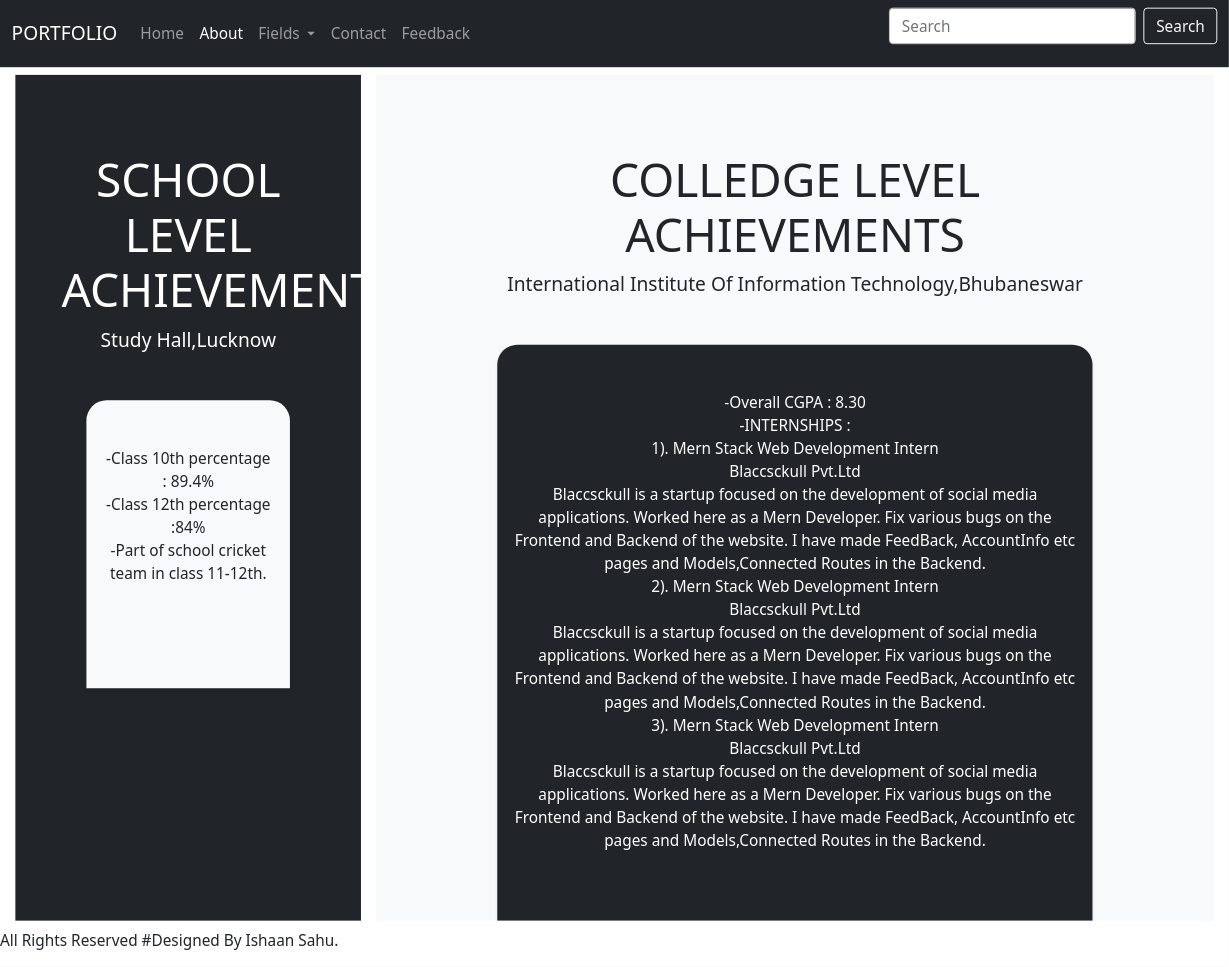
Repository: ishaan51551/Ishaan-s-Portfolio-
Page: about.html
These files come from the project's save history. The page is drawn as it stood at one moment and after the next save; the edit follows.
The browser window is 1280 px wide. The pictures show the whole page, at 96% of full size.

Above is the page before, as saved 2023-09-13 16:08:13.

After the next save:
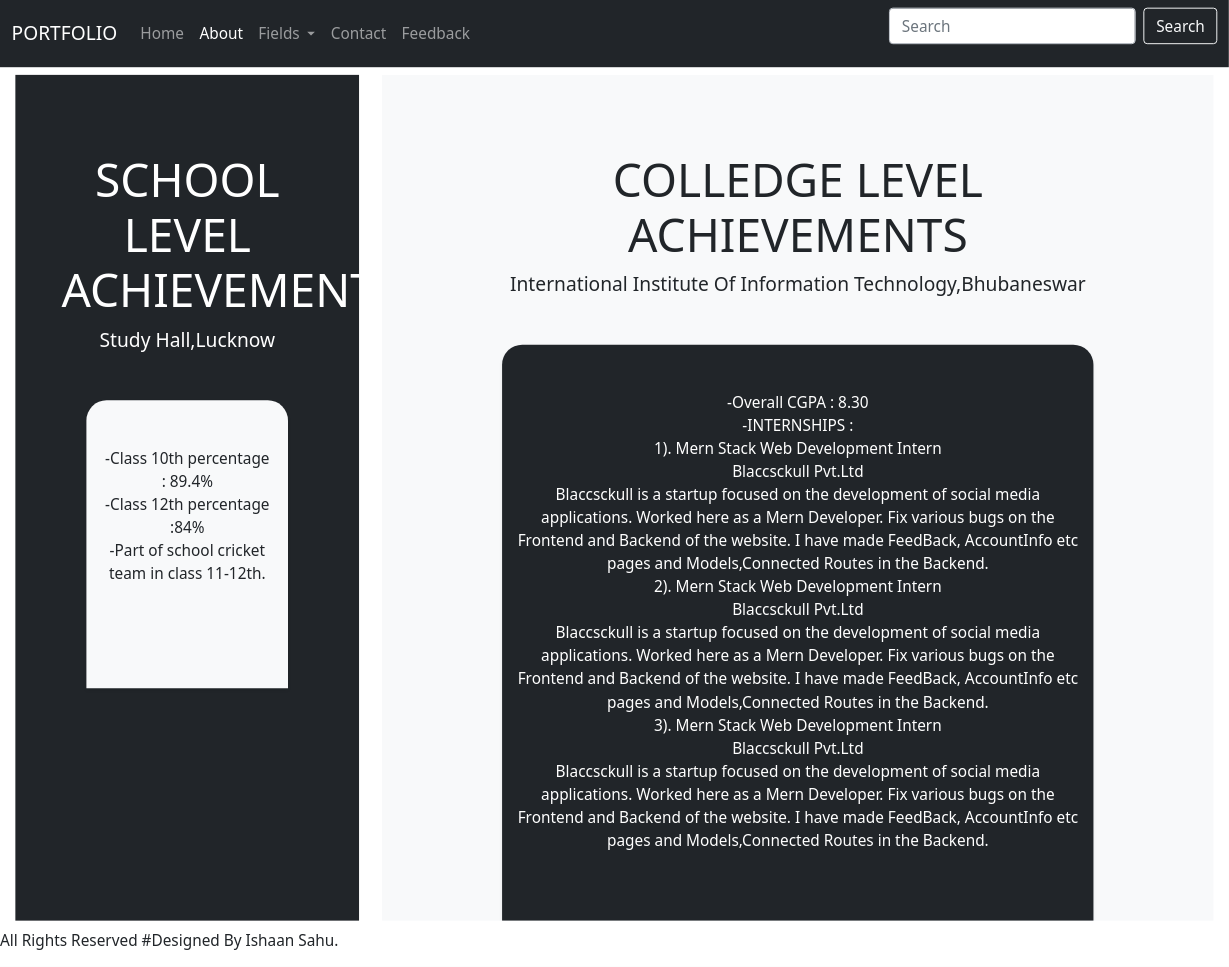
Saved 7 s later.
--- a/about.html
+++ b/about.html
@@ -80,7 +80,7 @@
 
   <!-- boxes -->
   <div class="d-md-flex flex-md-equal w-100my-md-4 ps-md-3 my-2 justify-content-center align item center">
-    <div class="bg-dark me-md-3 pt-3 px-3 pt-md-5 px-md-5 text-center text-white overflow-hidden">
+    <div class="bg-dark me-md-4 pt-3 px-3 pt-md-5 px-md-5 text-center text-white overflow-hidden">
       <div class="my-3 py-3 ">
         <h2 class="display-5">SCHOOL LEVEL ACHIEVEMENTS</h2>
         <p class="lead">Study Hall,Lucknow</p>

After the save that followed:
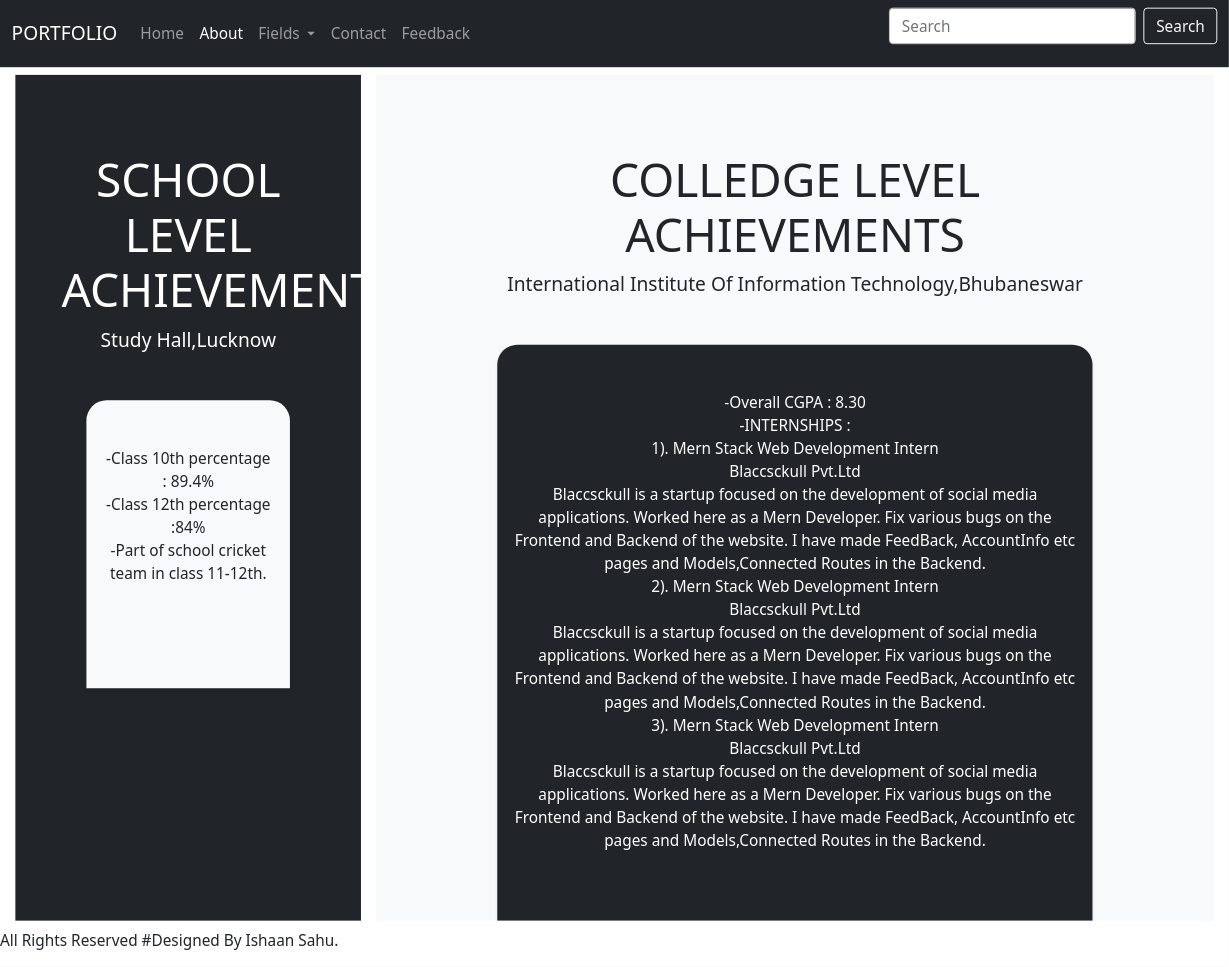
Saved 9 s later.
--- a/about.html
+++ b/about.html
@@ -79,8 +79,8 @@
 
 
   <!-- boxes -->
-  <div class="d-md-flex flex-md-equal w-100my-md-4 ps-md-3 my-2 justify-content-center align item center">
-    <div class="bg-dark me-md-4 pt-3 px-3 pt-md-5 px-md-5 text-center text-white overflow-hidden">
+  <div class="d-md-flex flex-md-equal w-100my-md-3 ps-md-3 my-2 justify-content-center align item center">
+    <div class="bg-dark me-md-3 pt-3 px-3 pt-md-5 px-md-5 text-center text-white overflow-hidden">
       <div class="my-3 py-3 ">
         <h2 class="display-5">SCHOOL LEVEL ACHIEVEMENTS</h2>
         <p class="lead">Study Hall,Lucknow</p>
